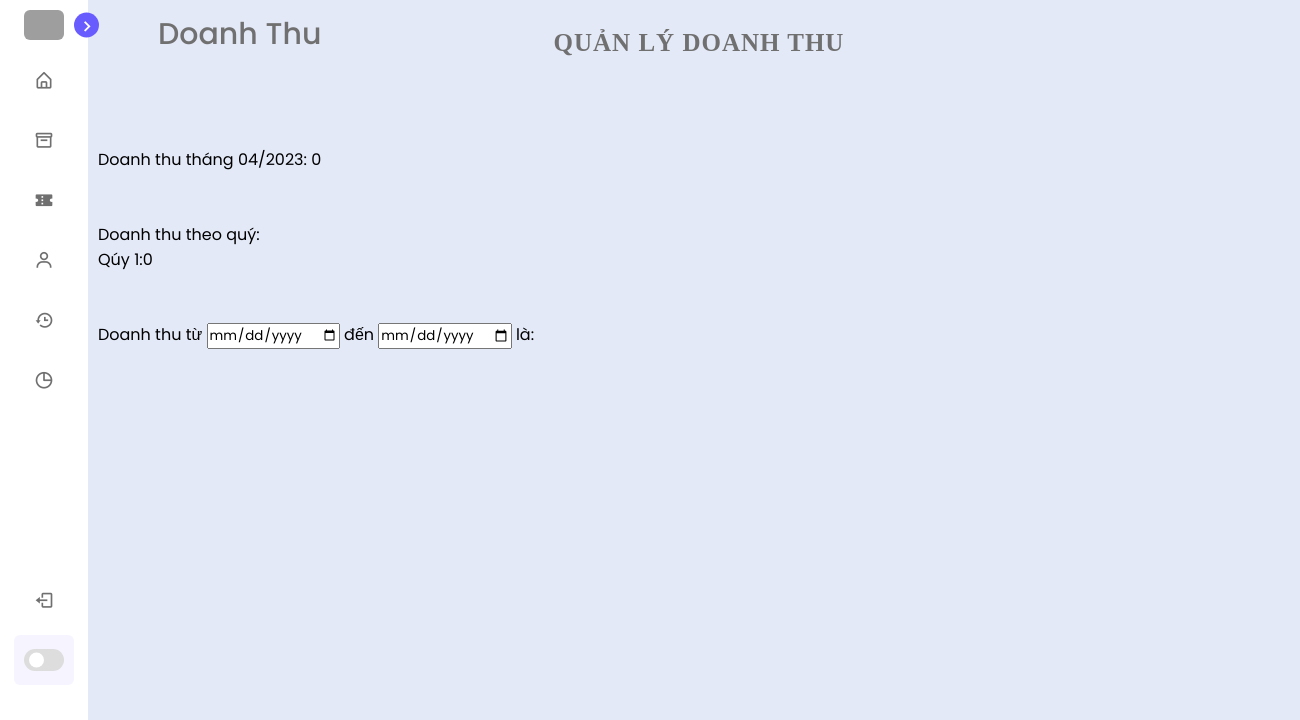
Repository: JeffDaveHudson/CapstoneProject
Page: http://localhost/CapstoneProject/revenue
These files come from the project's save history. The page is drawn as it stood at one moment and after the next save; the edit follows.
The browser window is 1280 px wide. The page is 1300 px wide, so the pictures cover 1300 px, including what lies to the right of the window. The pictures show the whole page.
Pictures or frames that could not be fetched are drawn as grey boxes. The page is served by Tomcat 9. Queries for data that is not in the repository find no rows.

Above is the page before, as saved 2023-06-12 15:49:11.

After the next save:
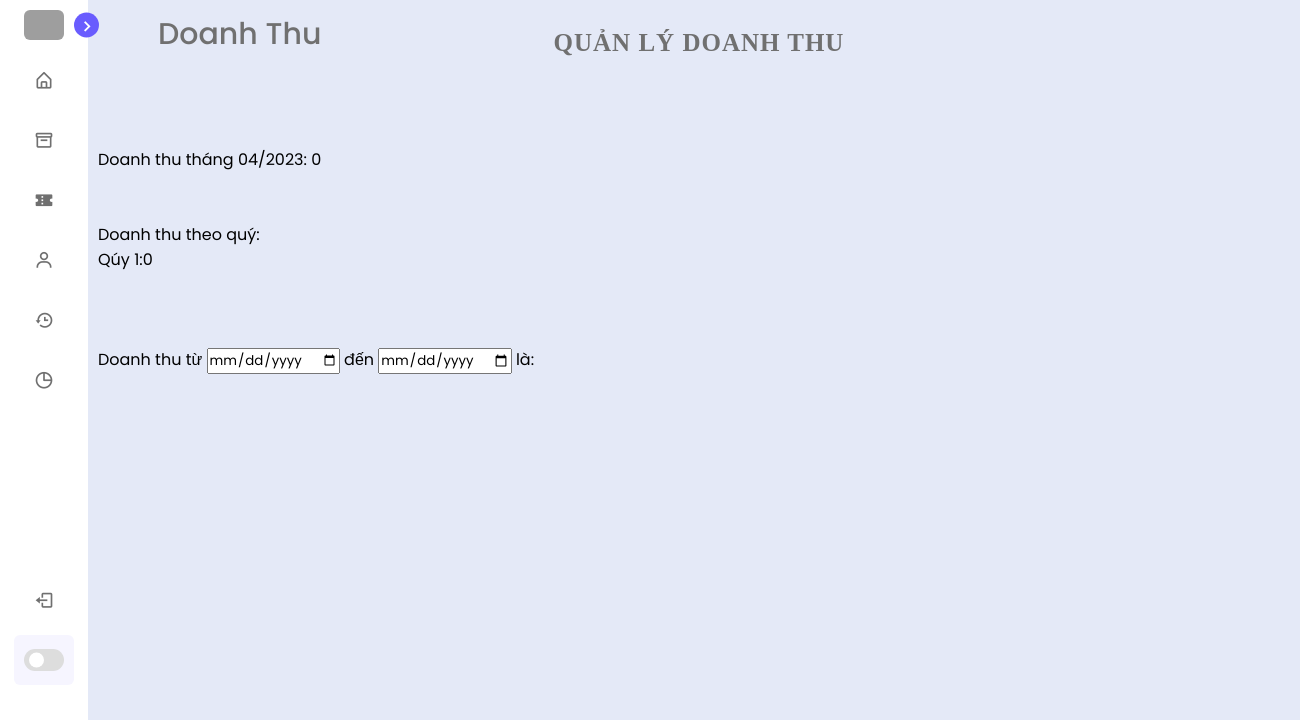
Saved 14 s later.
--- a/CapstoneProject/src/main/webapp/admin/Revenue.jsp
+++ b/CapstoneProject/src/main/webapp/admin/Revenue.jsp
@@ -40,7 +40,7 @@
         <br> <br> <br>
 
         Doanh thu theo quý: <br>
-        Qúy 1:${quarter1 }
+        Qúy 1:${quarter1 } <br>
 
         <br> <br> <br>
         <form action="revenuebetween2times">
